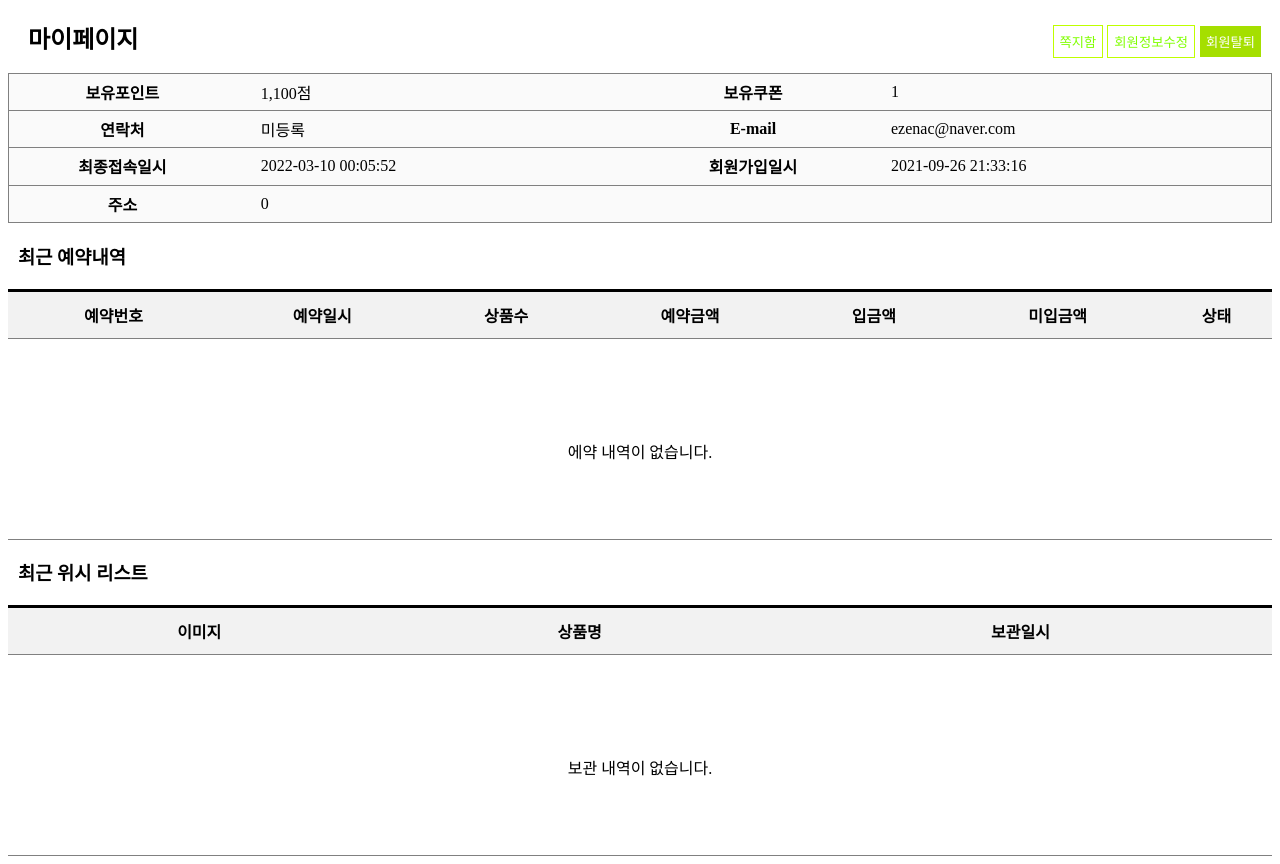
Repository: ks12b0000/JSP-School-Class
Page: chap10_JSP/src/main/webapp/Test/myPage.html
The author's editor kept a copy of each file at every save. The page is drawn from the files as they stood at one save, then again after the next save.
The browser window is 1280 px wide. The pictures show the whole page.

Above is the page before, as saved 2022-06-04 11:37:43.

After the next save:
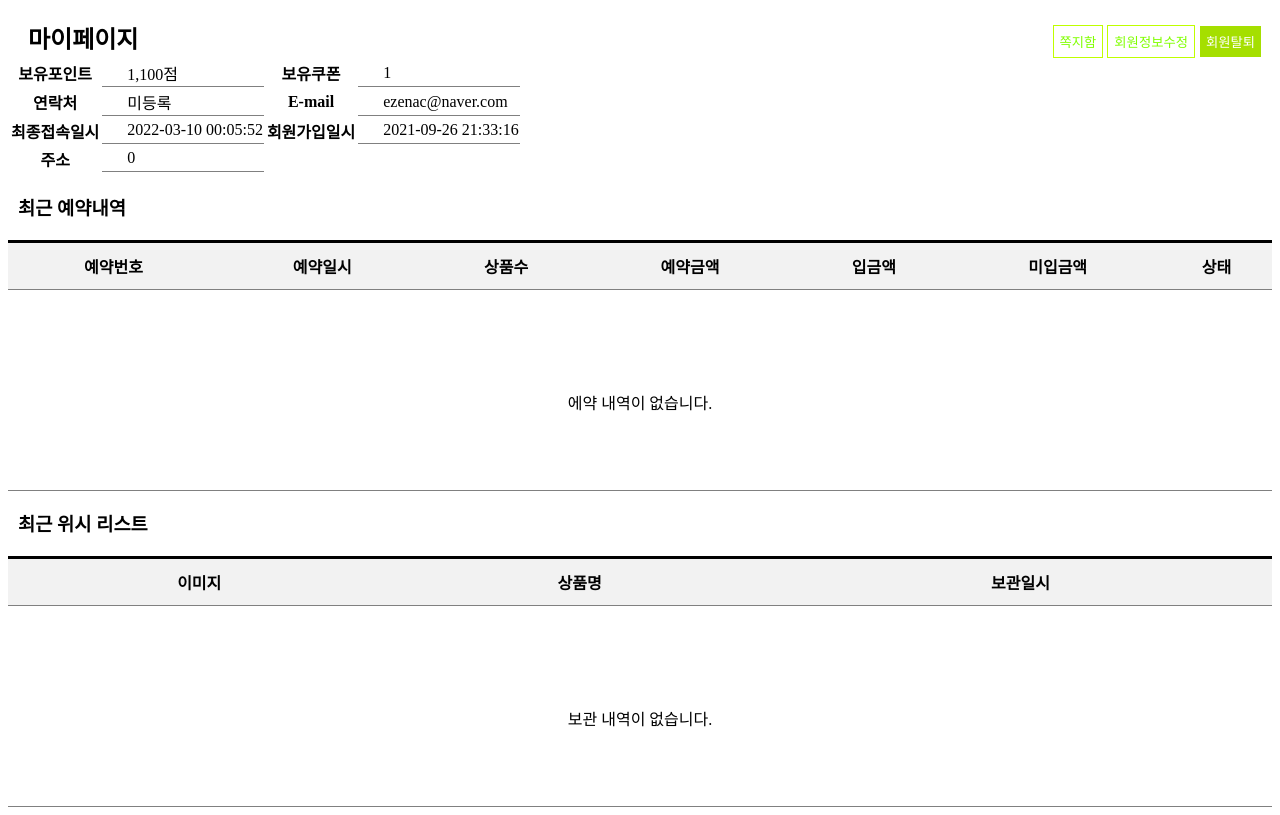
Saved 101 s later.
--- a/chap10_JSP/src/main/webapp/Test/myPage.html
+++ b/chap10_JSP/src/main/webapp/Test/myPage.html
@@ -13,7 +13,7 @@
 		<a href="#"><input id="Revise" type="button" value="회원정보수정" /></a>
 		<a href="#"><input id="secession" type="button" value="회원탈퇴" /></a>
 	</div>
-	<table class="Profile111">
+	<table class="profile">
 		<tr>
 			<th><strong>보유포인트</strong></th><td>&nbsp;&nbsp;&nbsp;&nbsp;&nbsp;&nbsp;1,100점</td>
 			<th><strong>보유쿠폰</strong></th><td>&nbsp;&nbsp;&nbsp;&nbsp;&nbsp;&nbsp;1</td>

After the 3 saves that followed:
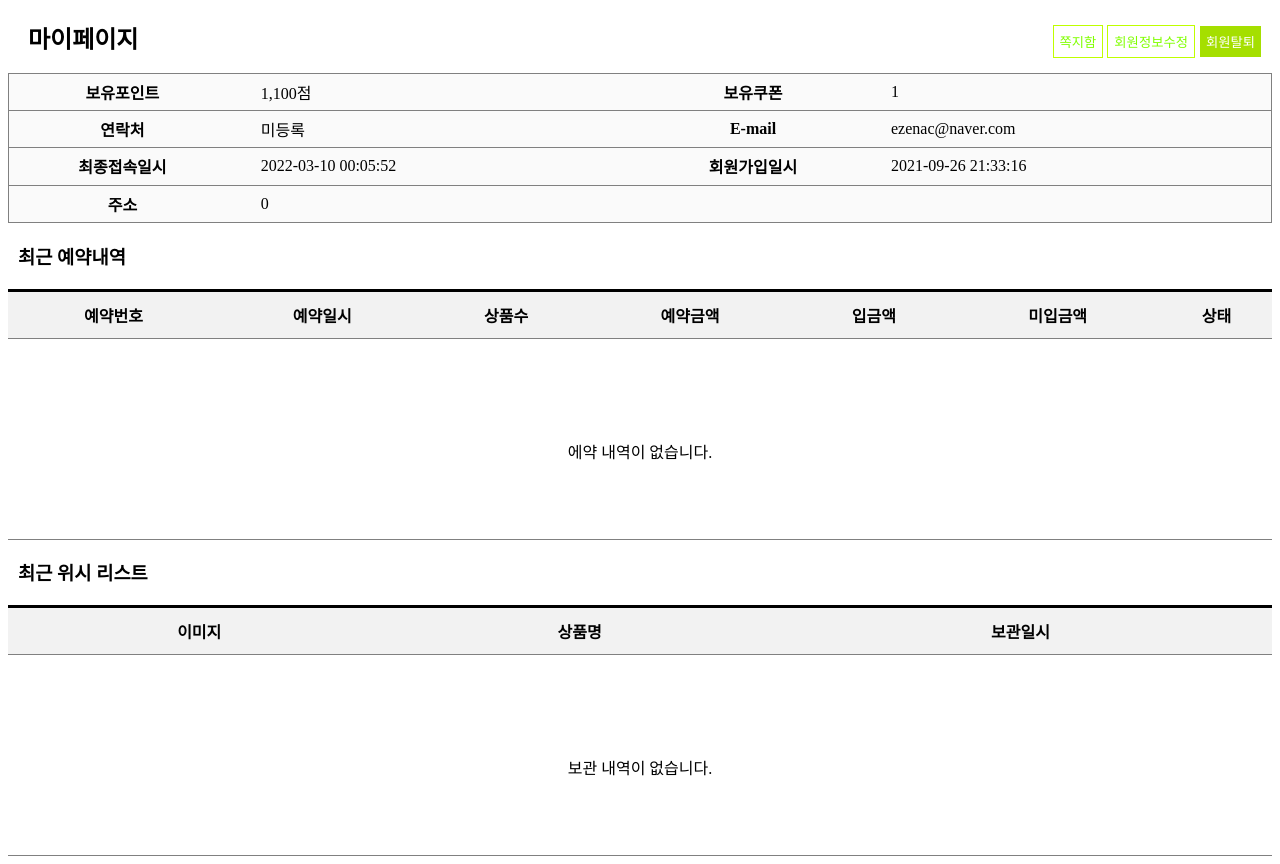
The 3 saves are shown as one change because 2 left the picture as it was.
The last was saved 59 s later.
--- a/chap10_JSP/src/main/webapp/Test/myPage.html
+++ b/chap10_JSP/src/main/webapp/Test/myPage.html
@@ -13,7 +13,7 @@
 		<a href="#"><input id="Revise" type="button" value="회원정보수정" /></a>
 		<a href="#"><input id="secession" type="button" value="회원탈퇴" /></a>
 	</div>
-	<table class="profile">
+	<table class="Profile111">
 		<tr>
 			<th><strong>보유포인트</strong></th><td>&nbsp;&nbsp;&nbsp;&nbsp;&nbsp;&nbsp;1,100점</td>
 			<th><strong>보유쿠폰</strong></th><td>&nbsp;&nbsp;&nbsp;&nbsp;&nbsp;&nbsp;1</td>
